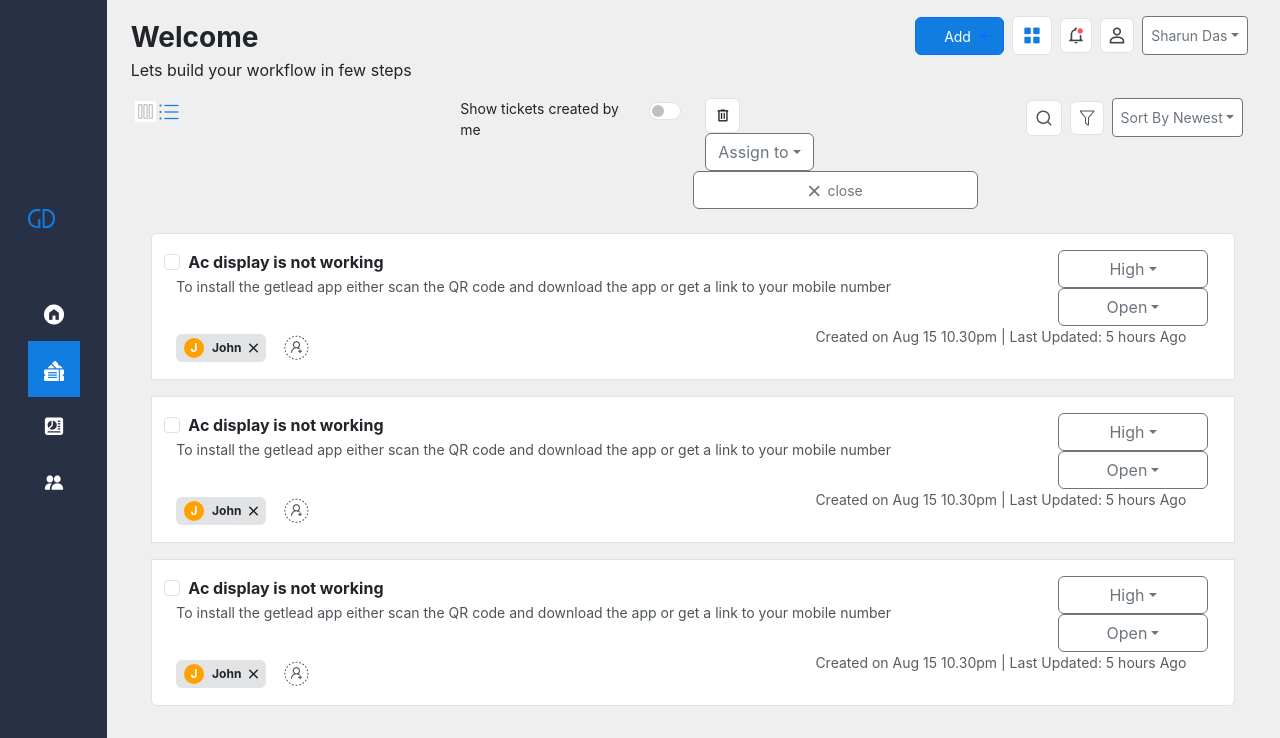
Repository: rishikarajeev/GL_HelpDesk
Page: /
These files come from the project's save history. The page is drawn as it stood at one moment and after a run of saves; the edit follows.
The browser window is 1280 px wide. The pictures show the whole page.
The project was rebuilt for these pictures with package versions that can differ from the ones it lists, and the page was loaded fresh each time. Also part of the build but not shown: src/App.css, src/Pages/HomePage.jsx.

Above is the page before, as saved 2024-01-11 14:27:05.

After the next 2 saves:
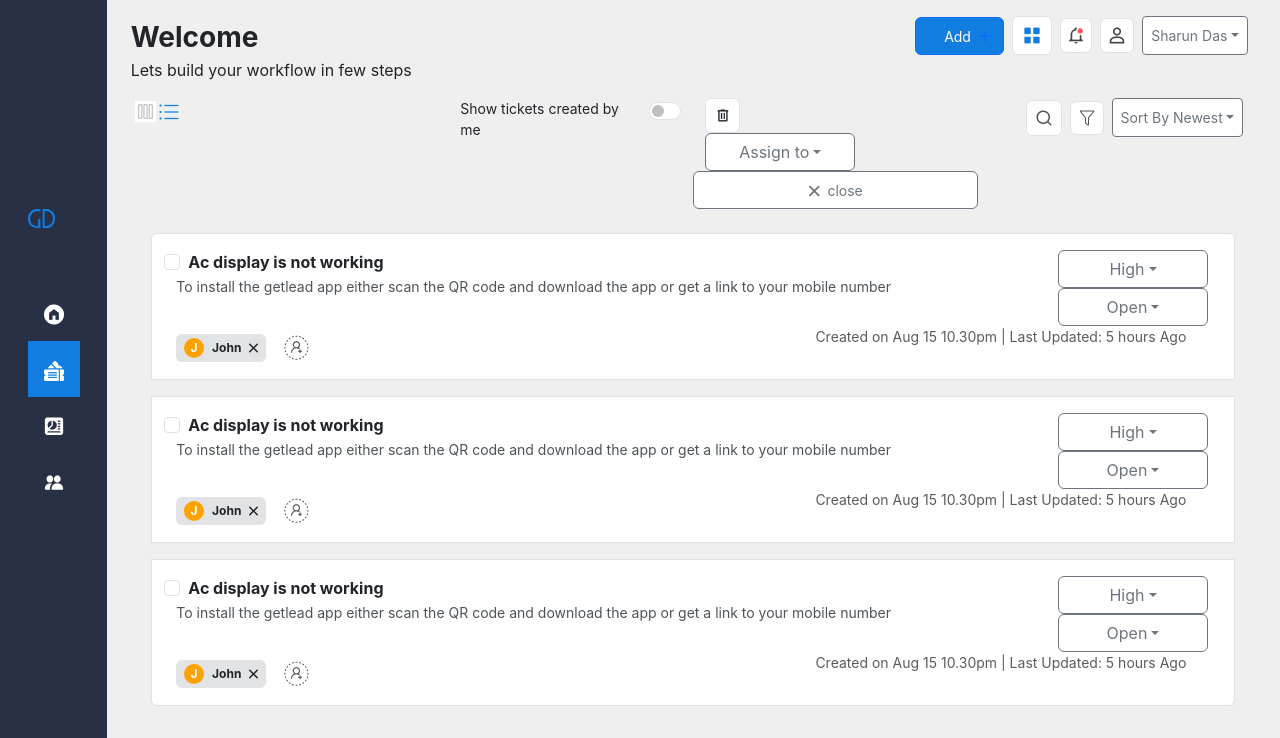
The 2 saves are shown as one change because they came seconds apart.
The last was saved 27 s later.
--- a/src/Pages/ViewTickets.jsx
+++ b/src/Pages/ViewTickets.jsx
@@ -59,6 +59,7 @@
                 variant="outline-secondary"
                 id="dropdown-basic"
                 className="bg-white"
+                style={{ width: '150px' }}
               >
                 Assign to
               </Dropdown.Toggle>

After the save that followed:
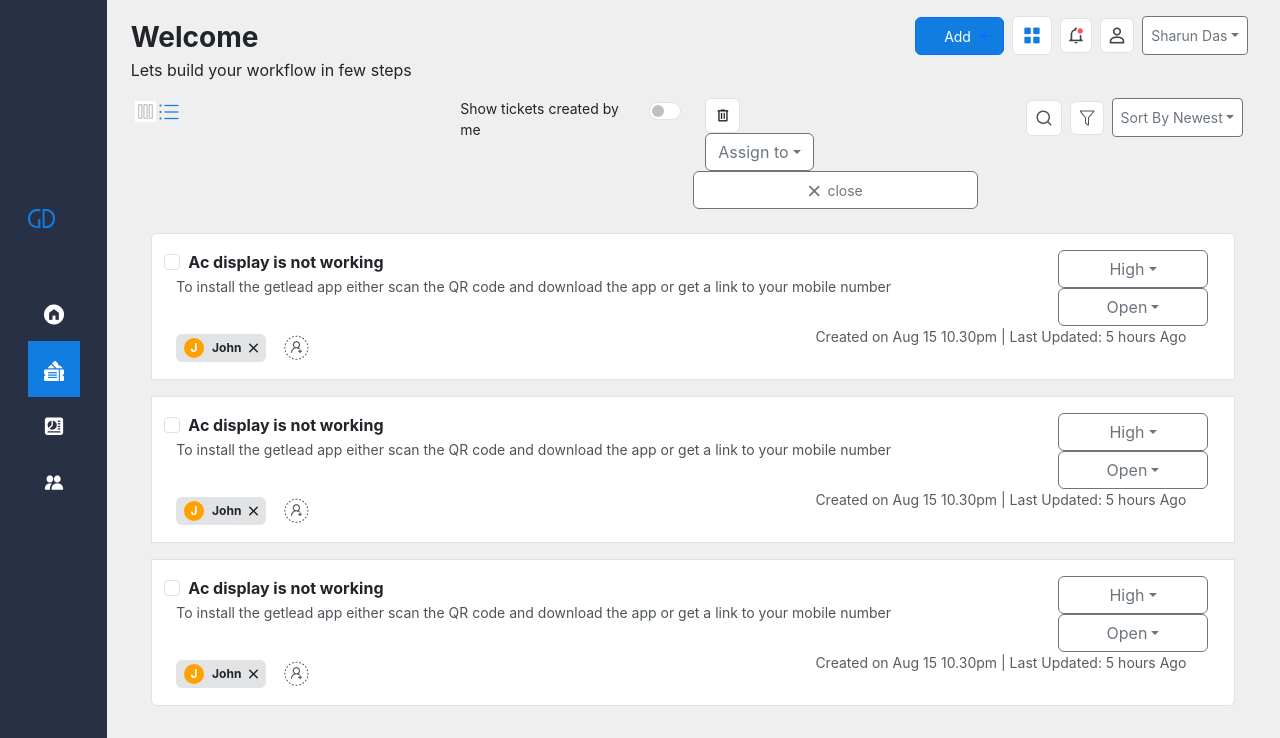
Saved 16 s later.
--- a/src/Pages/ViewTickets.jsx
+++ b/src/Pages/ViewTickets.jsx
@@ -59,7 +59,7 @@
                 variant="outline-secondary"
                 id="dropdown-basic"
                 className="bg-white"
-                style={{ width: '150px' }}
+
               >
                 Assign to
               </Dropdown.Toggle>
